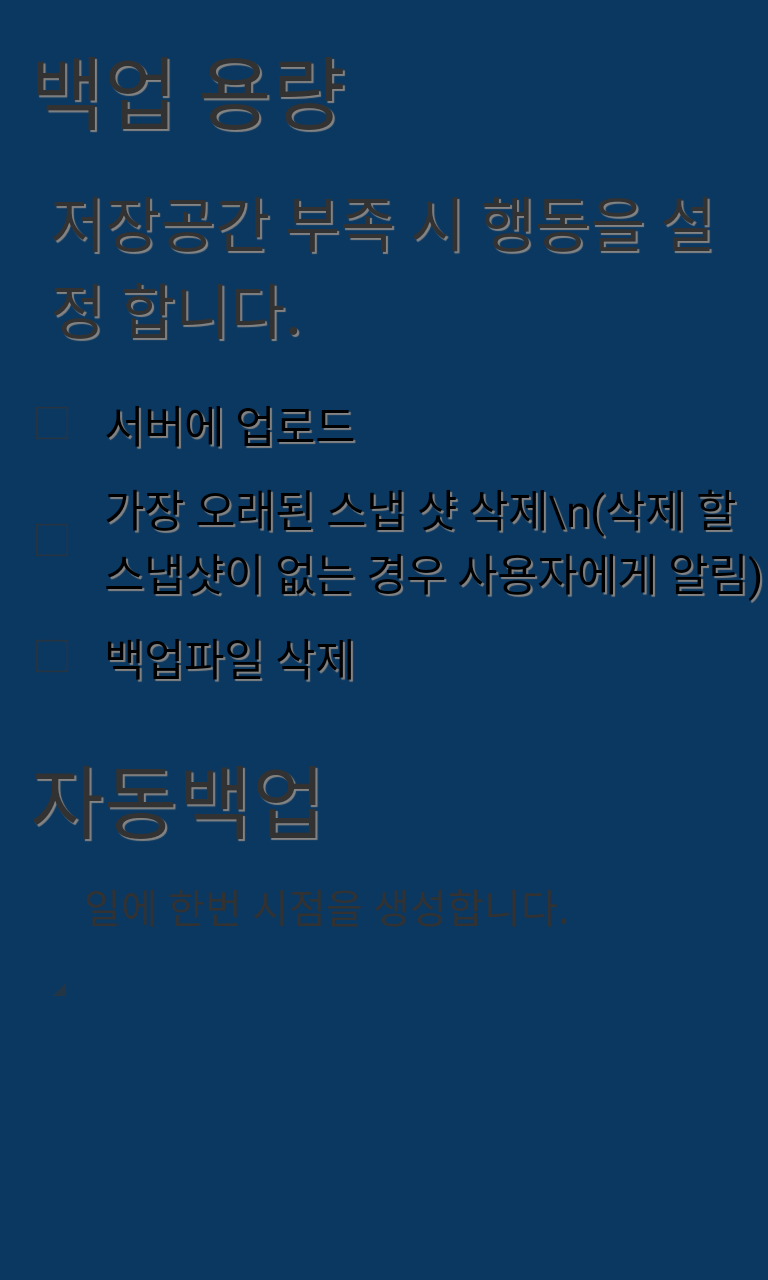
Repository: zzttt/LVM_BackupSol
Layout: TimeTraveler/res/layout/inflate_three.xml
The author's editor kept a copy of each file at every save. The layout is drawn from the files as they stood at one save, then again after the next save.
It is drawn on a 768 x 1280 px phone screen (xhdpi) without system bars, with theme AppTheme; the app's code is not run.

Above is the layout before, as saved 2014-07-02 15:16:51.

After the next save:
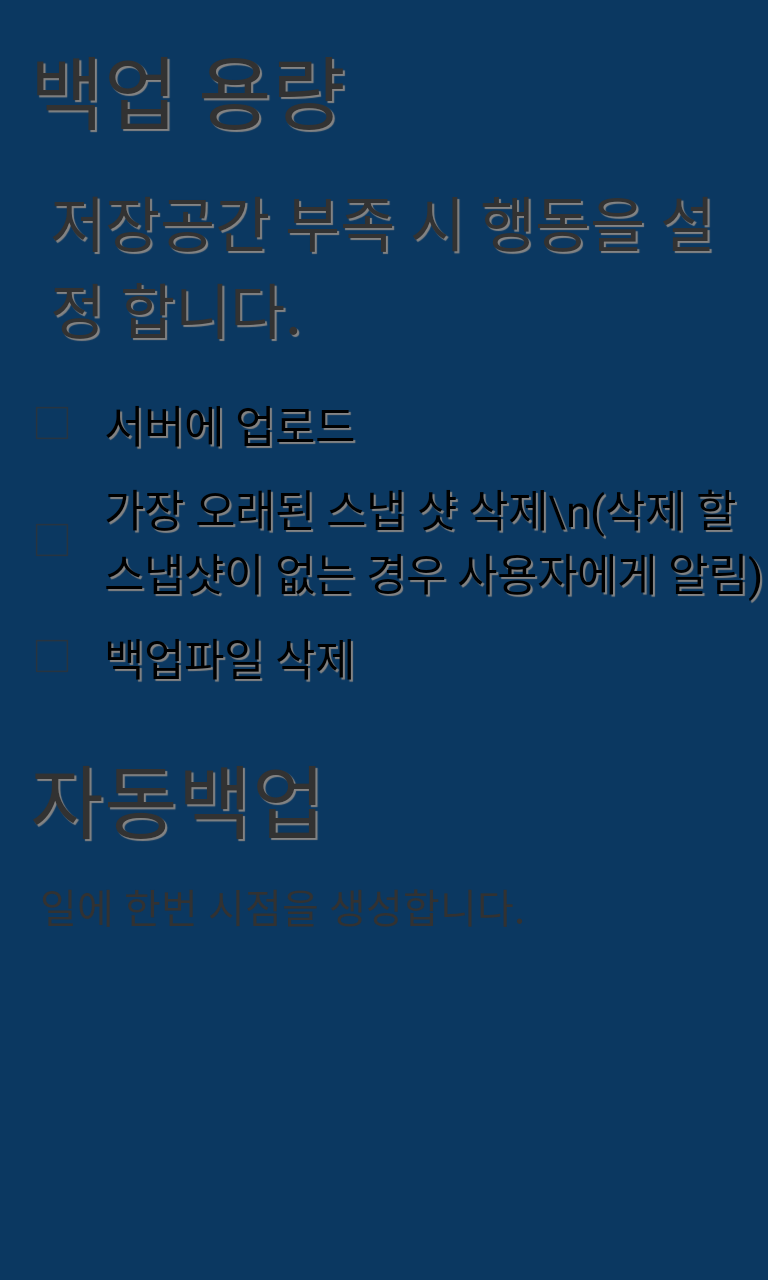
Saved 42 s later.
--- a/TimeTraveler/res/layout/inflate_three.xml
+++ b/TimeTraveler/res/layout/inflate_three.xml
@@ -109,7 +109,9 @@
                     android:layout_height="50dip"
                     android:layout_marginLeft="15dp"
                     android:layout_marginTop="20dp"
-                    android:drawSelectorOnTop="true" />
+                    android:drawSelectorOnTop="true"
+                    android:background=""
+                     />
 
                 <TextView
                     android:layout_width="match_parent"
